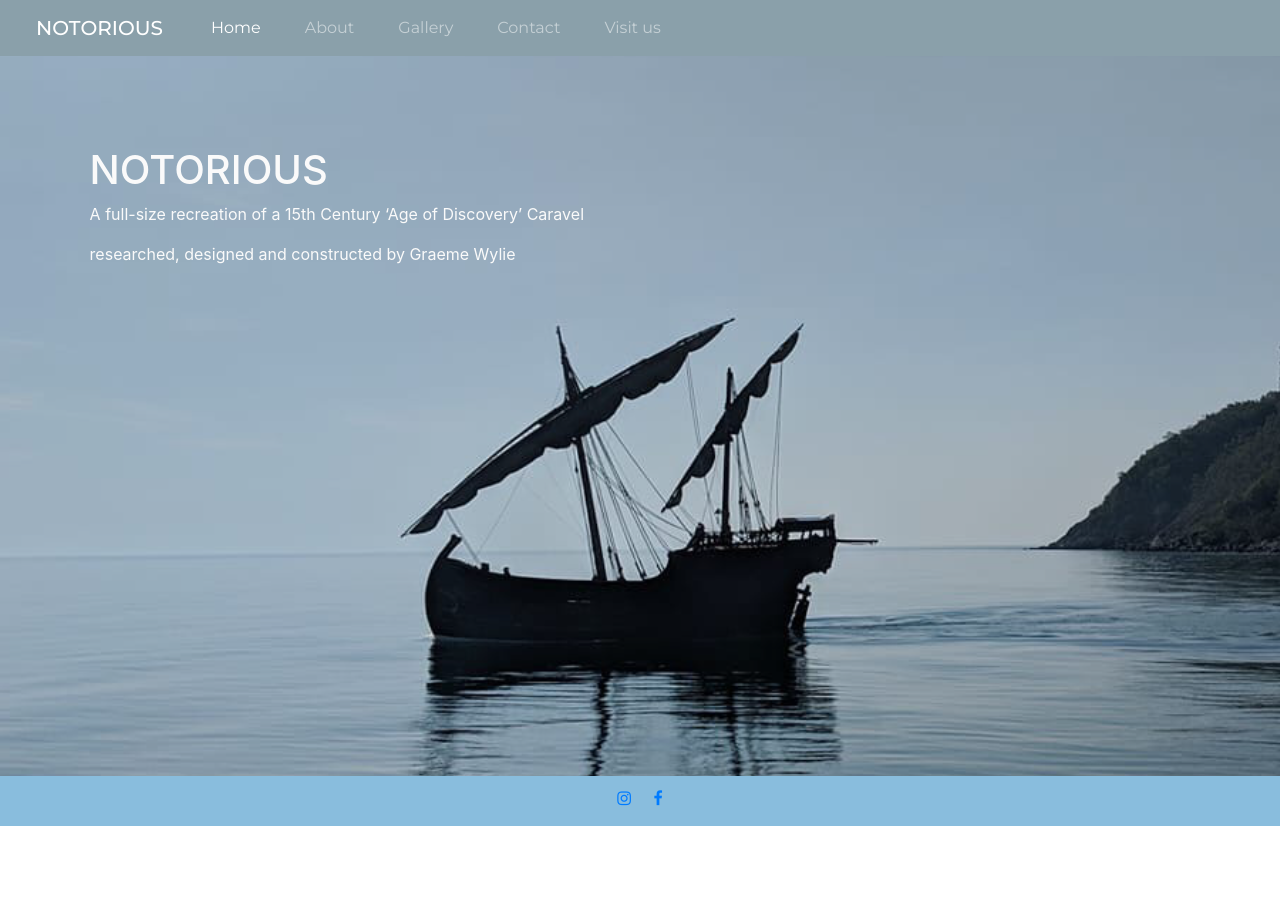
Repository: TSRose/NotorioustheShip
Page: index.html
The author's editor kept a record of every edit. The page is drawn from the files as they stood at one moment, then again after the next edit.
The browser window is 1280 px wide. The pictures show the whole page.
Backgrounds fixed to the window are drawn as part of the page.

Above is the page before.

After the next edit:
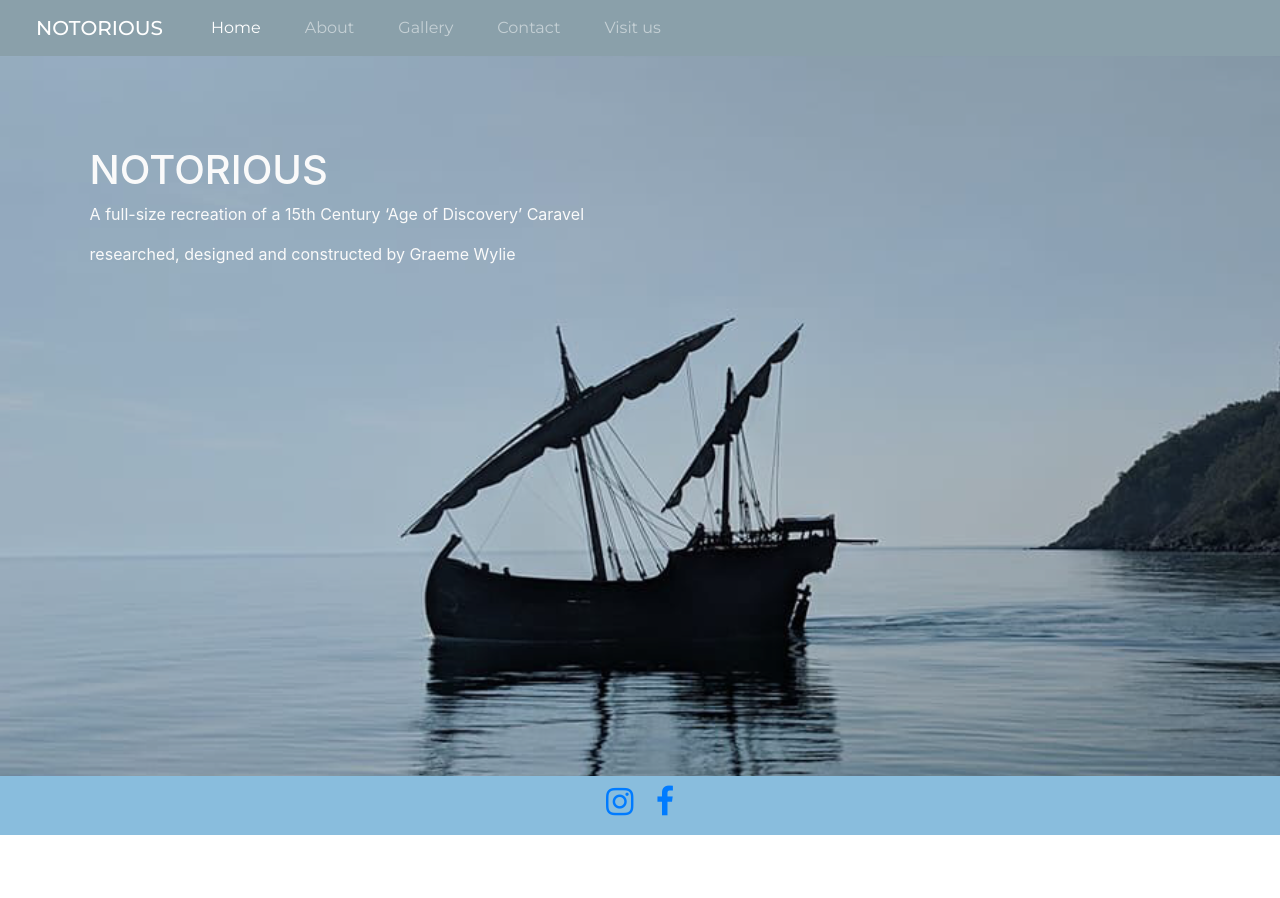
The edit:
--- a/index.html
+++ b/index.html
@@ -50,13 +50,13 @@
                 <ul class="list-inline social-links">
                     <li class="list-inline-item">
                         <a target="_blank" href="http://instagram.com/notorioustheship">
-                        <i class="fa fa-instagram" aria-hidden="true"></i>
+                        <i class="fa fa-instagram fa-2x" aria-hidden="true"></i>
                         <span class="sr-only">Instagram</span>
                         </a>
                     </li>
                     <li class="list-inline-item">
                         <a target="_blank" href="http://facebook.com/notorioustheship">
-                        <i class="fa fa-facebook" aria-hidden="true"></i>
+                        <i class="fa fa-facebook fa-2x" aria-hidden="true"></i>
                         <span class="sr-only">Facebook</span>
                         </a>
                     </li>
